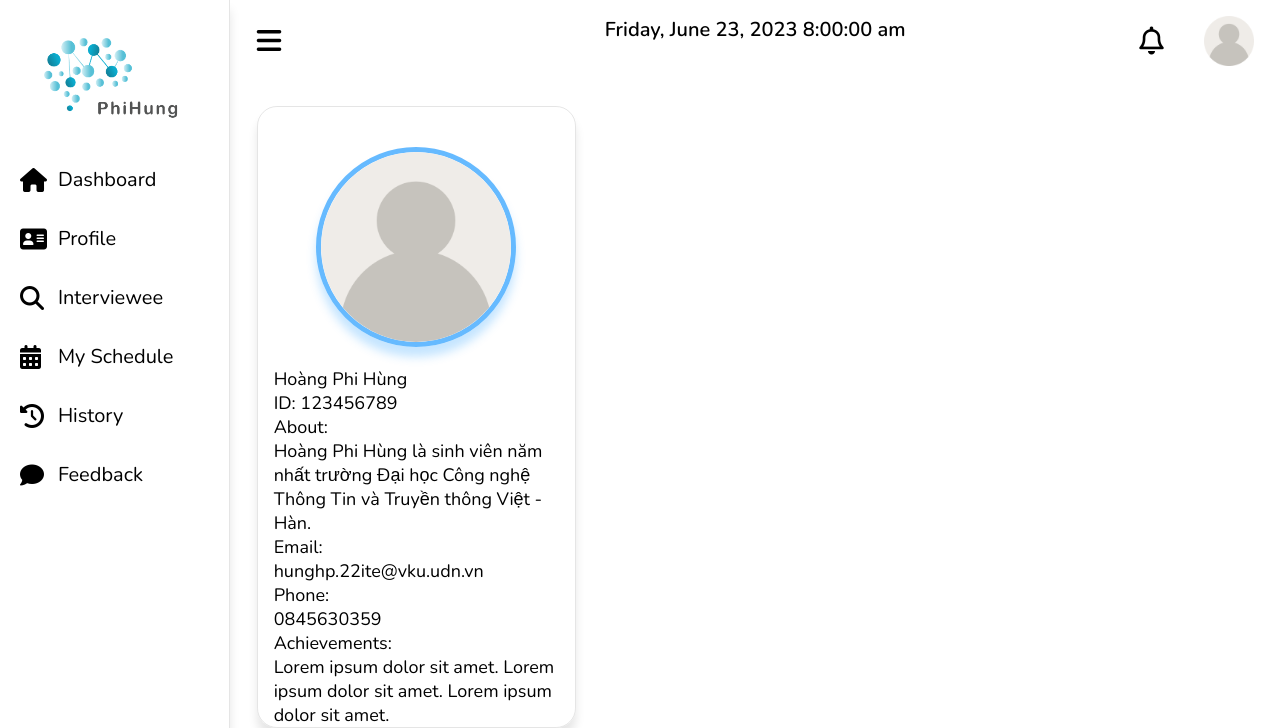
Repository: hphihungit/InterviewService
Page: interviewee.html
An editor plug-in stored every save of this project. The page is shown before and after the next save, followed by the edit.
The browser window is 1280 px wide. The pictures show the whole page.

Above is the page before, as saved 2023-05-31 23:31:04.

### interviewee.html
<!DOCTYPE html>
<html lang="en">
<head>
    <meta charset="UTF-8">
    <meta http-equiv="X-UA-Compatible" content="IE=edge">
    <meta name="viewport" content="width=device-width, initial-scale=1.0">
    <title>Document</title>
    <link rel="stylesheet" href="assets/css/grid.css">
    <link rel="stylesheet" href="assets/css/base.css">
    <link rel="stylesheet" href="https://cdnjs.cloudflare.com/ajax/libs/font-awesome/6.4.0/css/all.min.css" integrity="sha512-iecdLmaskl7CVkqkXNQ/ZH/XLlvWZOJyj7Yy7tcenmpD1ypASozpmT/E0iPtmFIB46ZmdtAc9eNBvH0H/ZpiBw==" crossorigin="anonymous" referrerpolicy="no-referrer"/>
    <link rel="preconnect" href="https://fonts.googleapis.com">
    <link rel="preconnect" href="https://fonts.gstatic.com" crossorigin>
    <link href="https://fonts.googleapis.com/css2?family=Nunito:wght@200;300;400;500;600;700;800;900;1000&display=swap" rel="stylesheet">
    <link rel="stylesheet" href="assets/css/interviewee.css">
</head>
<body>
    <div id="main">
        <div class="dashboard">
            <div class="dashboard__logo"></div>
            <ul class="dashboard__list">
                <li class="dashboard__item">
                    <a href="" class="icon__link">
                        <i class="fa-solid fa-house"></i>
                    </a>
                    <a href="" class="link">Dashboard</a>
                </li>
                <li class="dashboard__item">
                    <a href="" class="icon__link">
                        <i class="fa-solid fa-address-card"></i>
                    </a>
                    <a href="" class="link">Profile</a>
                </li>
                <li class="dashboard__item">
                    <a href="" class="icon__link">
                        <i class="fa-solid fa-magnifying-glass"></i>
                    </a>
                    <a href="" class="link">Interviewee</a>
                </li>
                <li class="dashboard__item">
                    <a href="" class="icon__link">
                        <i class="fa-solid fa-calendar-days"></i>
                    </a>
                    <a href="" class="link">My Schedule</a>
                </li>
                <li class="dashboard__item">
                    <a href="" class="icon__link">
                        <i class="fa-solid fa-clock-rotate-left"></i>
                    </a>
                    <a href="" class="link">History</a>
                </li>
                <li class="dashboard__item">
                    <a href="" class="icon__link">
                        <i class="fa-solid fa-comment"></i>
                    </a>
                    <a href="" class="link">Feedback</a>
                </li>
            </ul>
        </div>

        <div class="container">
            <div class="header">
                <div class="header__icon">
                    <label class="fa-solid fa-bars header__label"></label>
                </div>

                <div class="header__time">
                    Friday, June 23, 2023 8:00:00 am
                </div>

                <div class="header__news">
                    <label class="fa-regular fa-bell header__label--bell"></label>
                    <div class="header__avatar">
                        <img src="assets/img/user.png" alt="">
                    </div>
                </div>
            </div>

            <div class="about">
                <div class="cv">
                    <div class="cv__avatar">
                        <img src="assets/img/user.png" alt="">
                    </div>

                    <div class="cv__name">
                        <p class="cv__name--interviewee">Hoàng Phi Hùng</p>
                        <p class="cv__id">ID: 123456789</p>
                    </div>

                    <div class="cv__about">
                        <p class="cv__about--title">About: </p>
                        <p class="cv__about--content">
                            Hoàng Phi Hùng là sinh viên năm nhất trường Đại học Công nghệ Thông Tin và Truyền thông Việt - Hàn.
                        </p>
                    </div>

                    <div class="cv__email">
                        <p class="cv__email--title">Email: </p>
                        <p class="cv__email--content">hunghp.22ite@vku.udn.vn</p>
                    </div>

                    <div class="cv__phone">
                        <p class="cv__phone--title">Phone: </p>
                        <p class="cv__phone--content">0845630359</p>
                    </div>

                    <div class="cv__info">
                        <p class="cv__info--title">Achievements: </p>
                        <p class="cv__info--content">
                            Lorem ipsum dolor sit amet.
                            Lorem ipsum dolor sit amet.
                            Lorem ipsum dolor sit amet.
                        </p>
                    </div>
                </div>

                <div class="info">

                </div>
            </div>
        </div>
    </div>
</body>
</html>

### assets/css/grid.css
.grid {
    width: 90%;
    display: block;
    padding: 0;
    margin: 0 auto;
}

.row {
    display: flex;
    flex-wrap: wrap;
    margin-left: -4px;
    margin-right: -4px;
}

.row.no-gutters {
    margin-left: 0;
    margin-right: 0;
}

.col {
    padding-left: 4px;
    padding-right: 4px;
}

.row.no-gutters .col {
    padding-left: 0;
    padding-right: 0;
}

.c-0 {
    display: none;
}

.c-1 {
    flex: 0 0 8.33333%;
    max-width: 8.33333%;
}

.c-2 {
    flex: 0 0 16.66667%;
    max-width: 16.66667%;
}

.c-3 {
    flex: 0 0 25%;
    max-width: 25%;
}

.c-4 {
    flex: 0 0 33.33333%;
    max-width: 33.33333%;
}

.c-5 {
    flex: 0 0 41.66667%;
    max-width: 41.66667%;
}

.c-6 {
    flex: 0 0 50%;
    max-width: 50%;
}

.c-7 {
    flex: 0 0 58.33333%;
    max-width: 58.33333%;
}

.c-8 {
    flex: 0 0 66.66667%;
    max-width: 66.66667%;
}

.c-9 {
    flex: 0 0 75%;
    max-width: 75%;
}

.c-10 {
    flex: 0 0 83.33333%;
    max-width: 83.33333%;
}

.c-11 {
    flex: 0 0 91.66667%;
    max-width: 91.66667%;
}

.c-12 {
    flex: 0 0 100%;
    max-width: 100%;
}

.c-o-1 {
    margin-left: 8.33333%;
}

.c-o-2 {
    margin-left: 16.66667%;
}

.c-o-3 {
    margin-left: 25%;
}

.c-o-4 {
    margin-left: 33.33333%;
}

.c-o-5 {
    margin-left: 41.66667%;
}

.c-o-6 {
    margin-left: 50%;
}

.c-o-7 {
    margin-left: 58.33333%;
}

.c-o-8 {
    margin-left: 66.66667%;
}

.c-o-9 {
    margin-left: 75%;
}

.c-o-10 {
    margin-left: 83.33333%;
}

.c-o-11 {
    margin-left: 91.66667%;
}

/* >= Tablet */
@media (min-width: 740px) {
    .row {
        margin-left: -8px;
        margin-right: -8px;
    }

    .col {
        padding-left: 8px;
        padding-right: 8px;
    }

    .m-0 {
        display: none;
    }

    .m-1,
    .m-2,
    .m-3,
    .m-4,
    .m-5,
    .m-6,
    .m-7,
    .m-8,
    .m-9,
    .m-10,
    .m-11,
    .m-12 {
        display: block;
    }

    .m-1 {
        flex: 0 0 8.33333%;
        max-width: 8.33333%;
    }

    .m-2 {
        flex: 0 0 16.66667%;
        max-width: 16.66667%;
    }

    .m-3 {
        flex: 0 0 25%;
        max-width: 25%;
    }

    .m-4 {
        flex: 0 0 33.33333%;
        max-width: 33.33333%;
    }

    .m-5 {
        flex: 0 0 41.66667%;
        max-width: 41.66667%;
    }

    .m-6 {
        flex: 0 0 50%;
        max-width: 50%;
    }

    .m-7 {
        flex: 0 0 58.33333%;
        max-width: 58.33333%;
    }

    .m-8 {
        flex: 0 0 66.66667%;
        max-width: 66.66667%;
    }

    .m-9 {
        flex: 0 0 75%;
        max-width: 75%;
    }

    .m-10 {
        flex: 0 0 83.33333%;
        max-width: 83.33333%;
    }

    .m-11 {
        flex: 0 0 91.66667%;
        max-width: 91.66667%;
    }

    .m-12 {
        flex: 0 0 100%;
        max-width: 100%;
    }

    .m-o-1 {
        margin-left: 8.33333%;
    }

    .m-o-2 {
        margin-left: 16.66667%;
    }

    .m-o-3 {
        margin-left: 25%;
    }

    .m-o-4 {
        margin-left: 33.33333%;
    }

    .m-o-5 {
        margin-left: 41.66667%;
    }

    .m-o-6 {
        margin-left: 50%;
    }

    .m-o-7 {
        margin-left: 58.33333%;
    }

    .m-o-8 {
        margin-left: 66.66667%;
    }

    .m-o-9 {
        margin-left: 75%;
    }

    .m-o-10 {
        margin-left: 83.33333%;
    }

    .m-o-11 {
        margin-left: 91.66667%;
    }
}

/* PC medium resolution > */
@media (min-width: 1113px) {
    .row {
        margin-left: -12px;
        margin-right: -12px;
    }

    .row.sm-gutter {
        margin-left: -5px;
        margin-right: -5px;
    }

    .col {
        padding-left: 12px;
        padding-right: 12px;
    }

    .row.sm-gutter .col {
        padding-left: 5px;
        padding-right: 5px;
    }

    .l-0 {
        display: none;
    }

    .l-1,
    .l-2,
    .l-2-4,
    .l-3,
    .l-4,
    .l-5,
    .l-6,
    .l-7,
    .l-8,
    .l-9,
    .l-10,
    .l-11,
    .l-12 {
        display: block;
    }

    .l-1 {
        flex: 0 0 8.33333%;
        max-width: 8.33333%;
    }

    .l-2 {
        flex: 0 0 16.66667%;
        max-width: 16.66667%;
    }

    .l-2-4 {
        flex: 0 0 20%;
        max-width: 20%;
    }

    .l-3 {
        flex: 0 0 25%;
        max-width: 25%;
    }

    .l-4 {
        flex: 0 0 33.33333%;
        max-width: 33.33333%;
    }

    .l-5 {
        flex: 0 0 41.66667%;
        max-width: 41.66667%;
    }

    .l-6 {
        flex: 0 0 50%;
        max-width: 50%;
    }

    .l-7 {
        flex: 0 0 58.33333%;
        max-width: 58.33333%;
    }

    .l-8 {
        flex: 0 0 66.66667%;
        max-width: 66.66667%;
    }

    .l-9 {
        flex: 0 0 75%;
        max-width: 75%;
    }

    .l-10 {
        flex: 0 0 83.33333%;
        max-width: 83.33333%;
    }

    .l-11 {
        flex: 0 0 91.66667%;
        max-width: 91.66667%;
    }

    .l-12 {
        flex: 0 0 100%;
        max-width: 100%;
    }

    .l-o-1 {
        margin-left: 8.33333%;
    }

    .l-o-2 {
        margin-left: 16.66667%;
    }

    .l-o-3 {
        margin-left: 25%;
    }

    .l-o-4 {
        margin-left: 33.33333%;
    }

    .l-o-5 {
        margin-left: 41.66667%;
    }

    .l-o-6 {
        margin-left: 50%;
    }

    .l-o-7 {
        margin-left: 58.33333%;
    }

    .l-o-8 {
        margin-left: 66.66667%;
    }

    .l-o-9 {
        margin-left: 75%;
    }

    .l-o-10 {
        margin-left: 83.33333%;
    }

    .l-o-11 {
        margin-left: 91.66667%;
    }
}

/* Tablet - PC low resolution */
@media (min-width: 740px) and (max-width: 1023px) {
    .wide {
        width: 644px;
    }
}

/* > PC low resolution */
@media (min-width: 1024px) and (max-width: 1239px) {
    .wide {
        width: 984px;
    }

    .wide .row {
        margin-left: -12px;
        margin-right: -12px;
    }

    .wide .row.sm-gutter {
        margin-left: -5px;
        margin-right: -5px;
    }

    .wide .col {
        padding-left: 12px;
        padding-right: 12px;
    }

    .wide .row.sm-gutter .col {
        padding-left: 5px;
        padding-right: 5px;
    }

    .wide .l-0 {
        display: none;
    }

    .wide .l-1,
    .wide .l-2,
    .wide .l-2-4,
    .wide .l-3,
    .wide .l-4,
    .wide .l-5,
    .wide .l-6,
    .wide .l-7,
    .wide .l-8,
    .wide .l-9,
    .wide .l-10,
    .wide .l-11,
    .wide .l-12 {
        display: block;
    }

    .wide .l-1 {
        flex: 0 0 8.33333%;
        max-width: 8.33333%;
    }

    .wide .l-2 {
        flex: 0 0 16.66667%;
        max-width: 16.66667%;
    }

    .wide .l-2-4 {
        flex: 0 0 20%;
        max-width: 20%;
    }

    .wide .l-3 {
        flex: 0 0 25%;
        max-width: 25%;
    }

    .wide .l-4 {
        flex: 0 0 33.33333%;
        max-width: 33.33333%;
    }

    .wide .l-5 {
        flex: 0 0 41.66667%;
        max-width: 41.66667%;
    }

    .wide .l-6 {
        flex: 0 0 50%;
        max-width: 50%;
    }

    .wide .l-7 {
        flex: 0 0 58.33333%;
        max-width: 58.33333%;
    }

    .wide .l-8 {
        flex: 0 0 66.66667%;
        max-width: 66.66667%;
    }

    .wide .l-9 {
        flex: 0 0 75%;
        max-width: 75%;
    }

    .wide .l-10 {
        flex: 0 0 83.33333%;
        max-width: 83.33333%;
    }

    .wide .l-11 {
        flex: 0 0 91.66667%;
        max-width: 91.66667%;
    }

    .wide .l-12 {
        flex: 0 0 100%;
        max-width: 100%;
    }

    .wide .l-o-1 {
        margin-left: 8.33333%;
    }

    .wide .l-o-2 {
        margin-left: 16.66667%;
    }

    .wide .l-o-3 {
        margin-left: 25%;
    }

    .wide .l-o-4 {
        margin-left: 33.33333%;
    }

    .wide .l-o-5 {
        margin-left: 41.66667%;
    }

    .wide .l-o-6 {
        margin-left: 50%;
    }

    .wide .l-o-7 {
        margin-left: 58.33333%;
    }

    .wide .l-o-8 {
        margin-left: 66.66667%;
    }

    .wide .l-o-9 {
        margin-left: 75%;
    }

    .wide .l-o-10 {
        margin-left: 83.33333%;
    }

    .wide .l-o-11 {
        margin-left: 91.66667%;
    }
}

### assets/css/base.css
:root {
    --white-color: #fff;
    --black-color: #000;
    --blue-color : #40a9ff;
    --text-color: #8f8f8f;
    --scale: 1px;
}

* {
    padding: 0;
    margin: 0;
    box-sizing: border-box;
    text-decoration: none;
    list-style-type: none;
}

html, body {
    font-size: 18px;
    font-family: 'Nunito', sans-serif;
    scroll-behavior: smooth;
}

### assets/css/interviewee.css
#main {
    width: 100%;
    display: flex;
}

.dashboard {
    width: 18%;
    min-height: 0;
    border-right: 1px solid rgba(0, 0, 0, 0.1);
    box-shadow: 0 10px 10px rgba(0, 0, 0, 0.1);
}

.dashboard__logo {
    width: 100%;
    height: 150px;
    background-image: url('../img/logo.png');
    background-repeat: no-repeat;
    background-size: 50%;
    background-size: 62%;
    background-position: 50% 85%;
}

.dashboard__list {
    width: 100%;
}

.dashboard__item {
    border-radius: 25px 0 0 25px;
    display: flex;
    width: 100%;
    padding: 0px 20px;
}

.dashboard__item:hover {
    background-color: var(--blue-color);
}

.dashboard__item:hover .link,
.dashboard__item:hover .icon__link {
    color: #fff;
}

.icon__link {
    display: flex;
    align-items: center;
    width: 20%;
    font-size: 24px;
    color: #000;
}

.link {
    display: inline-block;
    width: 80%;
    font-size: 20px;
    padding: 16px 0px;
    color: #000;
}

.container {
    width: 82%;
}

.header {
    width: 95%;
    margin: 0 auto;
    display: flex;
    justify-content: space-between;
    margin-top: 16px;
}

.header__icon {
    width: 32%;
    display: flex;
    justify-content: space-between;
    align-items: center;
}

.header__label {
    font-size: 28px;
}

.header__time {
    width: 32%;
    text-align: center;
    font-size: 20px;
    font-weight: 600;
}

.header__news {
    width: 32%;
    display: flex;
    justify-content: flex-end;
    align-items: center;
}

.header__label--bell {
    font-size: 28px;
    position: relative;
    padding-right: 40px;
}

.header__avatar {
    display: flex;
    justify-content: flex-end;
    align-items: center;
}

.header__avatar img {
    width: 50px;
    height: 50px;
}

.about {
    display: flex;
    width: 95%;
    margin: 0 auto;
    margin-top: 40px;
}

.cv {
    width: 32%;
    border: 1px solid rgba(0, 0, 0, 0.1);
    border-radius: 20px;
    box-shadow: 0 10px 10px rgba(0, 0, 0, 0.1);
    padding: 0px 16px;
}

.cv__avatar {
    width: 100%;
    display: flex;
    justify-content: center;
    align-items: center;
    padding: 20px 0px;
    padding-top: 40px;
}

.cv__avatar img {
    width: 200px;
    height: 200px;
    border: 5px solid rgba(64, 169, 255, 0.8);
    border-radius: 50%;
    box-shadow: 0 10px 10px rgba(64, 169, 255, 0.3);;
}

.cv__name,
.cv__about,
.cv__email,
.cv__phone,
.cv__info {
    width: 100%;
}

After the next save:
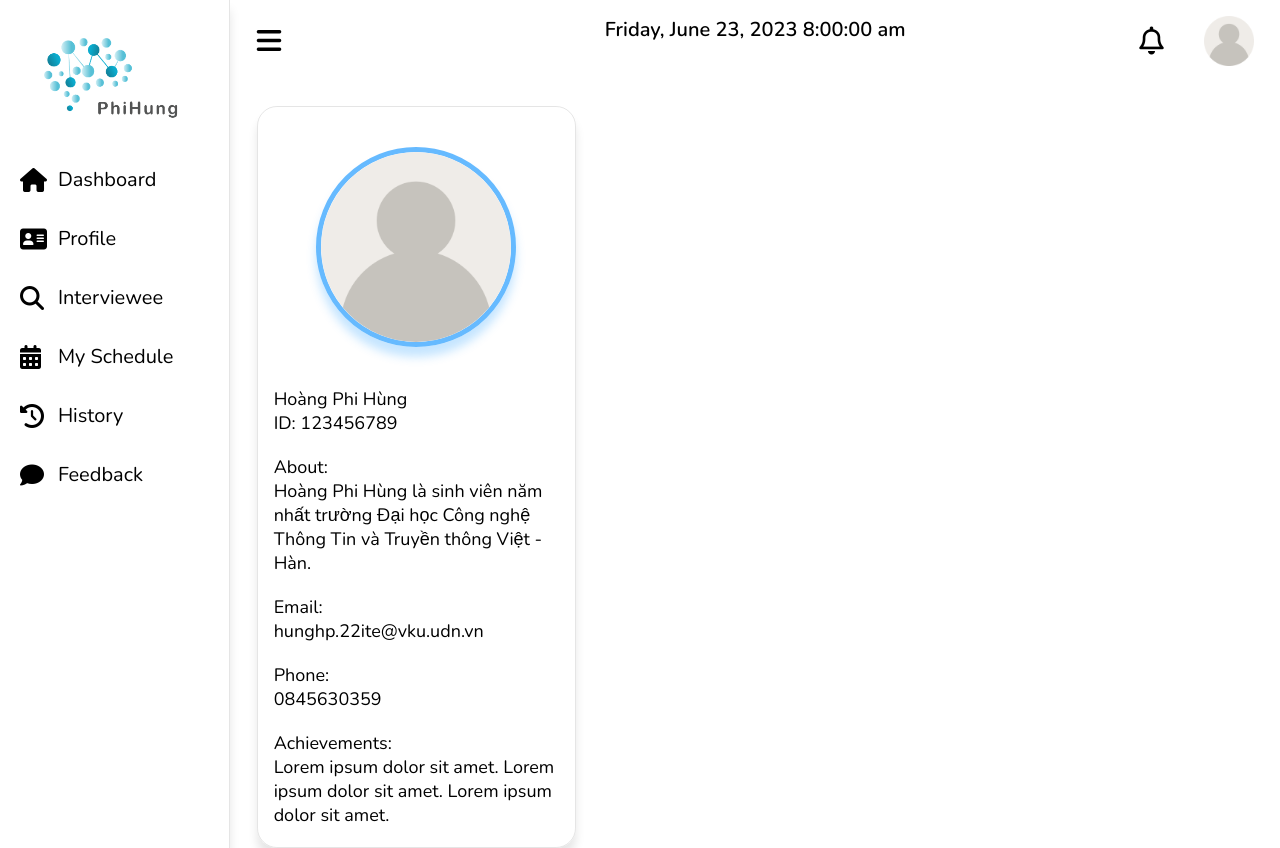
Saved 19 s later.
--- a/assets/css/interviewee.css
+++ b/assets/css/interviewee.css
@@ -148,4 +148,5 @@
 .cv__phone,
 .cv__info {
     width: 100%;
+    margin: 20px 0px;
 }
